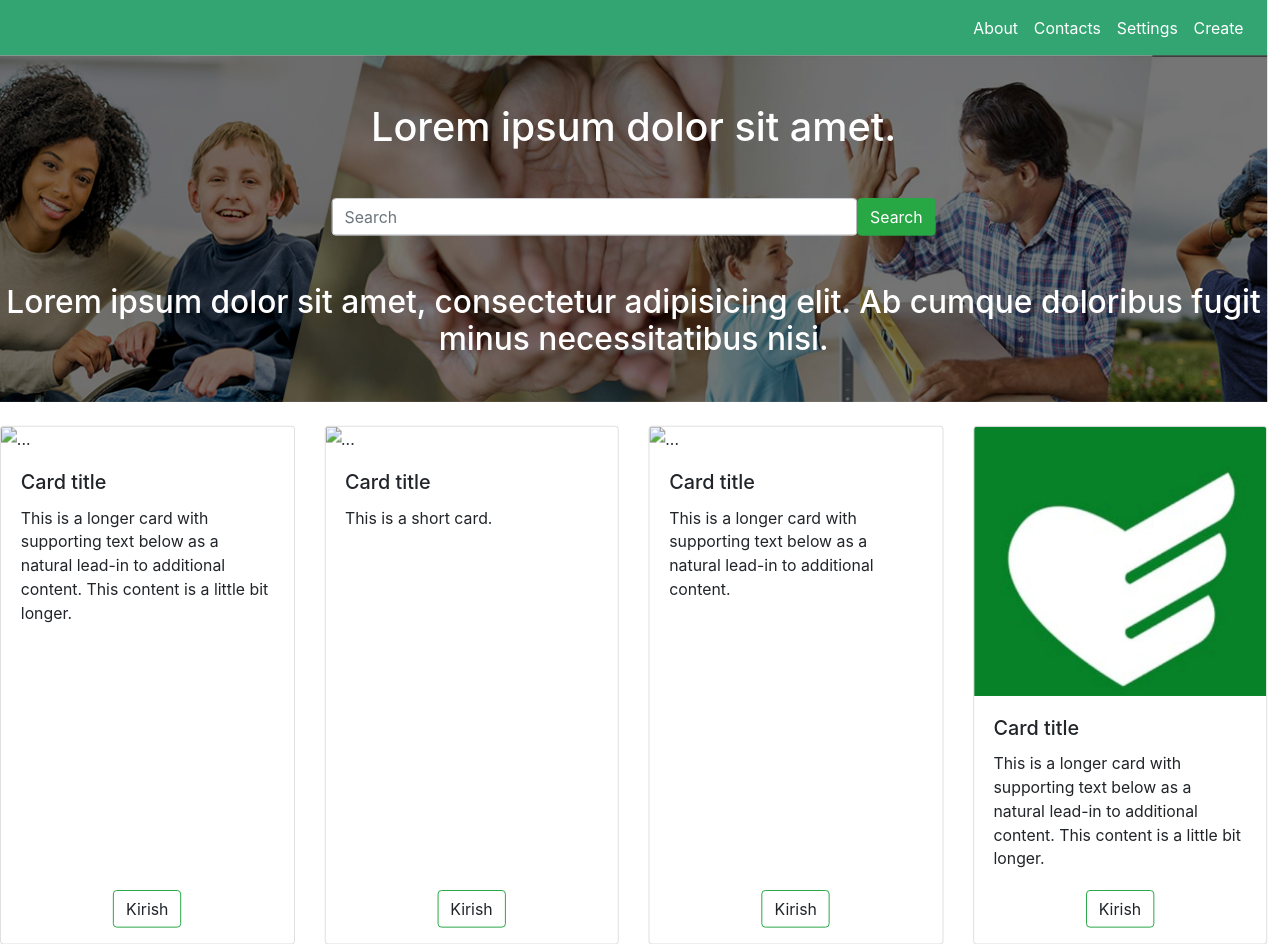
Repository: abduvali-aminov/fond
Page: http://localhost/main
The author's editor kept a copy of each file at every save. The page is drawn from the files as they stood at one save, then again after the next save.
The browser window is 1280 px wide. The page is 1295 px wide, so the pictures cover 1295 px, including what lies to the right of the window. The pictures show the whole page, at 99% of full size.
The page is served by the project's Laravel application, run on PHP 8.4 with Laravel 8.

Above is the page before, as saved 2021-01-18 13:33:18.

After the next save:
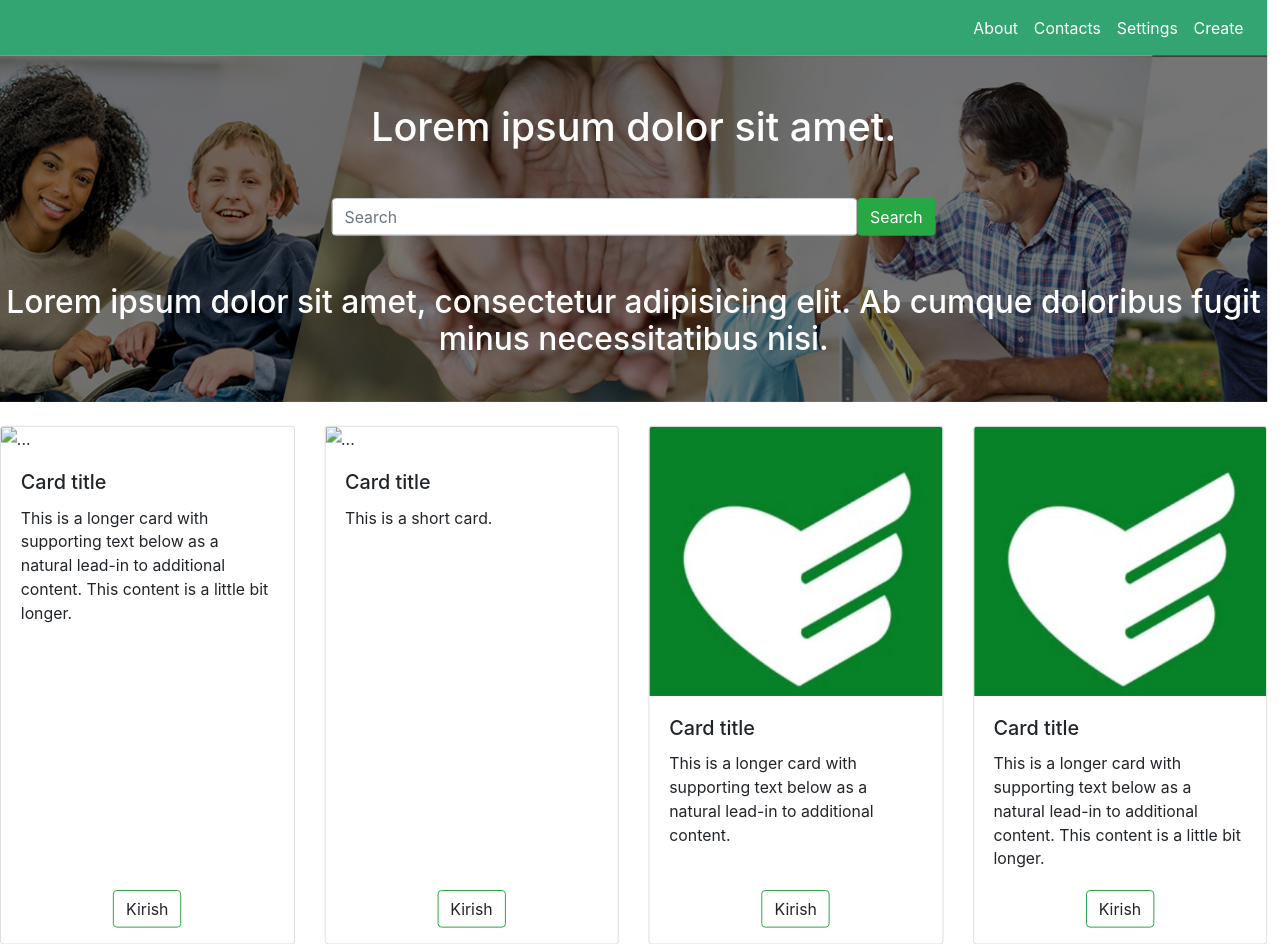
Saved 37 s later.
--- a/resources/views/main/index.blade.php
+++ b/resources/views/main/index.blade.php
@@ -42,7 +42,7 @@
         </div>
         <div class="col">
             <div class="card h-100">
-                <img src="logo/photo.jpg" class="card-img-top" alt="...">
+                <img src="{{ asset('/images/photo.jpg') }}" class="card-img-top" alt="...">
                 <div class="card-body">
                     <h5 class="card-title">Card title</h5>
                     <p class="card-text">This is a longer card with supporting text below as a natural lead-in to
